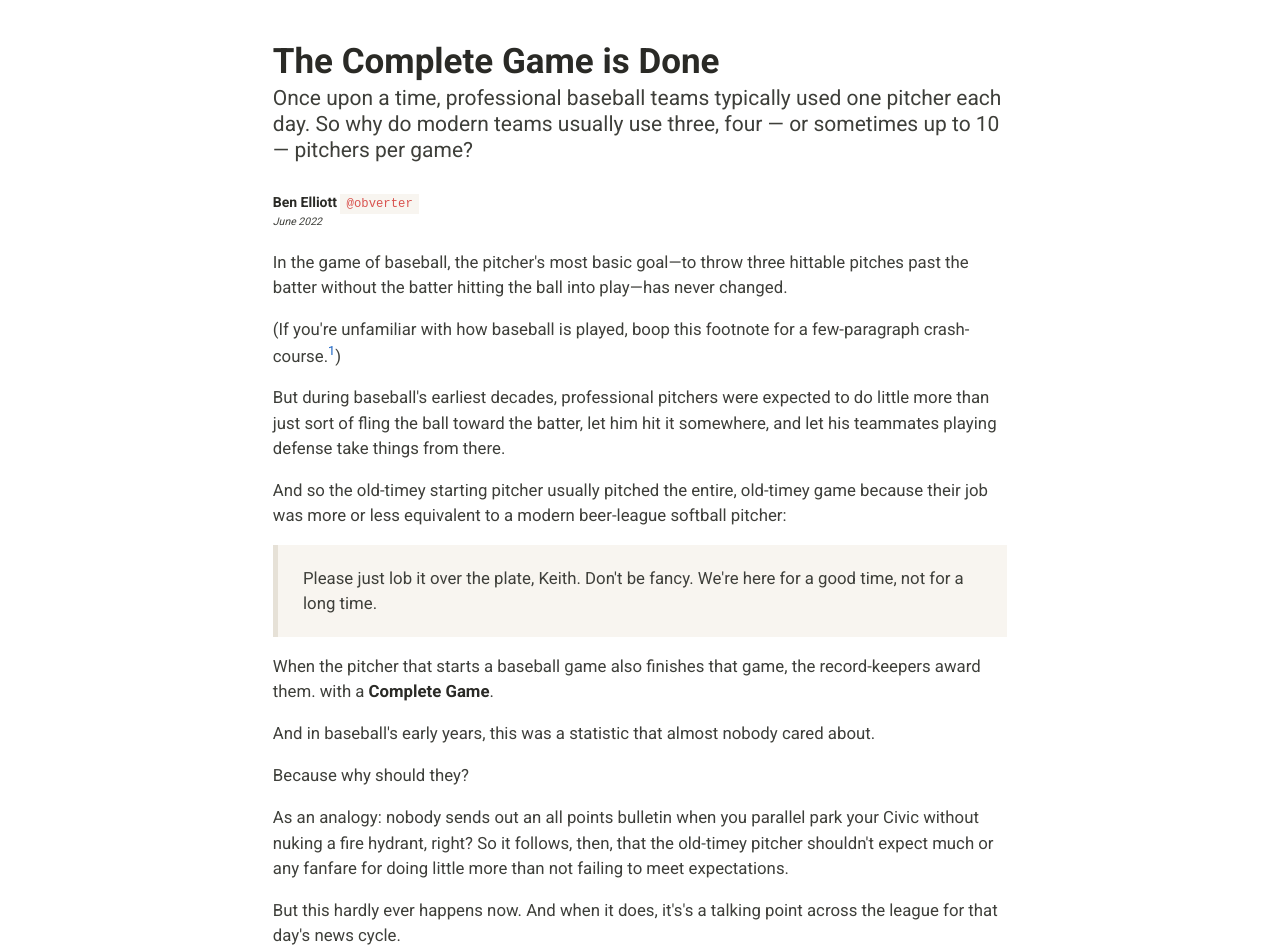
Repository: obverter/complete-games-are-done
Page: index.html
An editor plug-in stored every save of this project. The page is shown before and after the next save, followed by the edit.
The browser window is 1280 px wide. The pictures show the part of the page from y = 0 to 952 px (the page is 2006 px tall before and 1767 px after).
Pictures or frames that could not be fetched are drawn as grey boxes.

Above is the page before, as saved 2022-06-24 22:36:33.

### index.html
<!DOCTYPE html>
<html>
    <head>
        <meta charset="utf-8" />
        <meta name="viewport" content="width=device-width, initial-scale=1" />
        <title>Complete Games Are Done</title>
        <!-- todo: Title above is the text in the browser tab. -->
        <link rel="stylesheet" href="docs/bulmaswap.min.css" />
    </head>

    <body>
        <section class="section">
            <div class="content is-0">
                <div class="columns is-multiline">
                    <div class="column is-one-fifth"></div>
                    <div class="column is-three-fifths">
                        <h1 class="title is-2">The Complete Game is Done</h1>
                        <!-- todo: Title above is the Content title. -->
                        <p class="subtitle is-4">
                            Once upon a time, professional baseball teams
                            typically used one pitcher each day. So why do
                            modern teams usually use three, four — or sometimes
                            up to 10 — pitchers per game?
                            <!-- todo: Subtitle above is the Content subtitle. -->
                        </p>
                    </div>
                    <!-- <div class="column is-one-fifth"></div> -->
                </div>
            </div>
            <div class="columns">
                <div class="column is-one-fifth"></div>
                <div class="column is-three-fifths">
                    <h6 class="title is-6">
                        Ben Elliott <code>@obverter</code>
                    </h6>
                    <h6 class="subtitle is-7"><em>June 2022</em></h6>
                    <div class="content">
                        <p>
                            In the game of baseball, the pitcher's most basic
                            goal—to throw three hittable pitches past the batter
                            without the batter hitting the ball into play—has
                            never changed.
                        </p>
                        <p>
                            (If you're unfamiliar with how baseball is played,
                            boop this footnote for a few-paragraph
                            crash-course.<sup
                                ><a href="#fn1" id="ref1">1</a></sup
                            >)
                        </p>

                        <p>
                            But during baseball's earliest decades, professional
                            pitchers were expected to do little more than just
                            sort of fling the ball toward the batter, let him
                            hit it somewhere, and let his teammates playing
                            defense take things from there.
                        </p>
                        <p>
                            And so the old-timey starting pitcher usually
                            pitched the entire, old-timey game because their job
                            was more or less equivalent to a modern beer-league
                            softball pitcher:
                        </p>
                        <blockquote>
                            Please just lob it over the plate, Keith. Don't be
                            fancy. We're here for a good time, not for a long
                            time.
                        </blockquote>
                        <p>
                            When the pitcher that starts a baseball game also
                            finishes that game, the record-keepers award them.
                            with a <strong>Complete Game</strong>.
                        </p>
                        <p>
                            And in baseball's early years, this was a statistic
                            that almost nobody cared about.
                        </p>
                        <p>Because why should they?</p>
                        <p>
                            As an analogy: nobody sends out an all points
                            bulletin when you parallel park your Civic without
                            nuking a fire hydrant, right? So it follows, then,
                            that the old-timey pitcher shouldn't expect much or
                            any fanfare for doing little more than not failing
                            to meet expectations.
                        </p>
                        <p>
                            But this hardly ever happens now. And when it does,
                            it's's a talking point across the league for that
                            day's news cycle.
                        </p>
                        <p>So what changed?</p>
                        <iframe
                            title="Pitching a Complete Game: Once Normal, Now Novel"
                            aria-label="Scatter Plot"
                            id="datawrapper-chart-UmZWo"
                            src="https://datawrapper.dwcdn.net/UmZWo/4/"
                            scrolling="no"
                            frameborder="0"
                            style="
                                width: 0;
                                min-width: 100% !important;
                                border: none;
                            "
                            height="678"
                        ></iframe>
                        <script type="text/javascript">
                            !(function () {
                                "use strict";
                                window.addEventListener(
                                    "message",
                                    function (e) {
                                        if (
                                            void 0 !==
                                            e.data["datawrapper-height"]
                                        ) {
                                            var t =
                                                document.querySelectorAll(
                                                    "iframe"
                                                );
                                            for (var a in e.data[
                                                "datawrapper-height"
                                            ])
                                                for (
                                                    var r = 0;
                                                    r < t.length;
                                                    r++
                                                ) {
                                                    if (
                                                        t[r].contentWindow ===
                                                        e.source
                                                    )
                                                        t[r].style.height =
                                                            e.data[
                                                                "datawrapper-height"
                                                            ][a] + "px";
                                                }
                                        }
                                    }
                                );
                            })();
                        </script>

                            <sup id="fn1"
                            ><p>
                                1. If a pitcher can throw three of these hittable
                                pitches—called strikes—before they throw that same
                                batter four unhittable pitches, then the batter is
                                "out,"<sup><a href="#fn2" id="ref1">1</a></sup>
                                and one of the other team's twenty-seven "outs" is
                            exhausted.
                        </p>
                        <p>
                            If the batter hits the ball into play and reaches
                            base, or if the pitcher throws four bad pitches,
                            then that batter becomes a "runner," and the next
                            batter comes up, and the process repeats.
                        </p>
                        <p>
                            Every time a runner is able to safely touch all
                            three bases and then home plate, their team scores a
                            run.
                        </p>
                        <p>
                            Every three outs, the team playing offense switches
                            to defense, and the defense has three outs of their
                            own with which they'll try to score.
                        </p>
                        <p>
                            The team that has scored the most runs after both
                            teams have exhausted 27 outs is the winner, and
                            everyone claps, and the losing team orders pizza and
                            picks up the bar tab.
                            <a
                            href="#ref1"
                            title="Jump back to footnote 1 in the text."
                            >↩</a
                            >
                            <br>
                            <sup id="fn2"
                            ><p>
                                2. For my beloved baseball pedants: I know that the
                                rules around strikes
                                <a strong
                                href="https://www.baseball-almanac.com/articles/strike_zone_rules_history.shtml"
                                >haven't always been carved in stone</a
                                >. But let's cut me a little slack and agree that
                                the 1880s were a weird time for everyone.
                                <a
                                href="#ref2"
                                title="Jump back to footnote 2 in the text."
                                >↩</a
                                ></sup
                                >

                        </div>
                    </div>
                </div>
            </div>
        </section>
    </body>
</html>

Loaded but not shown: docs/bulmaswap.min.css (library)

After the next save:
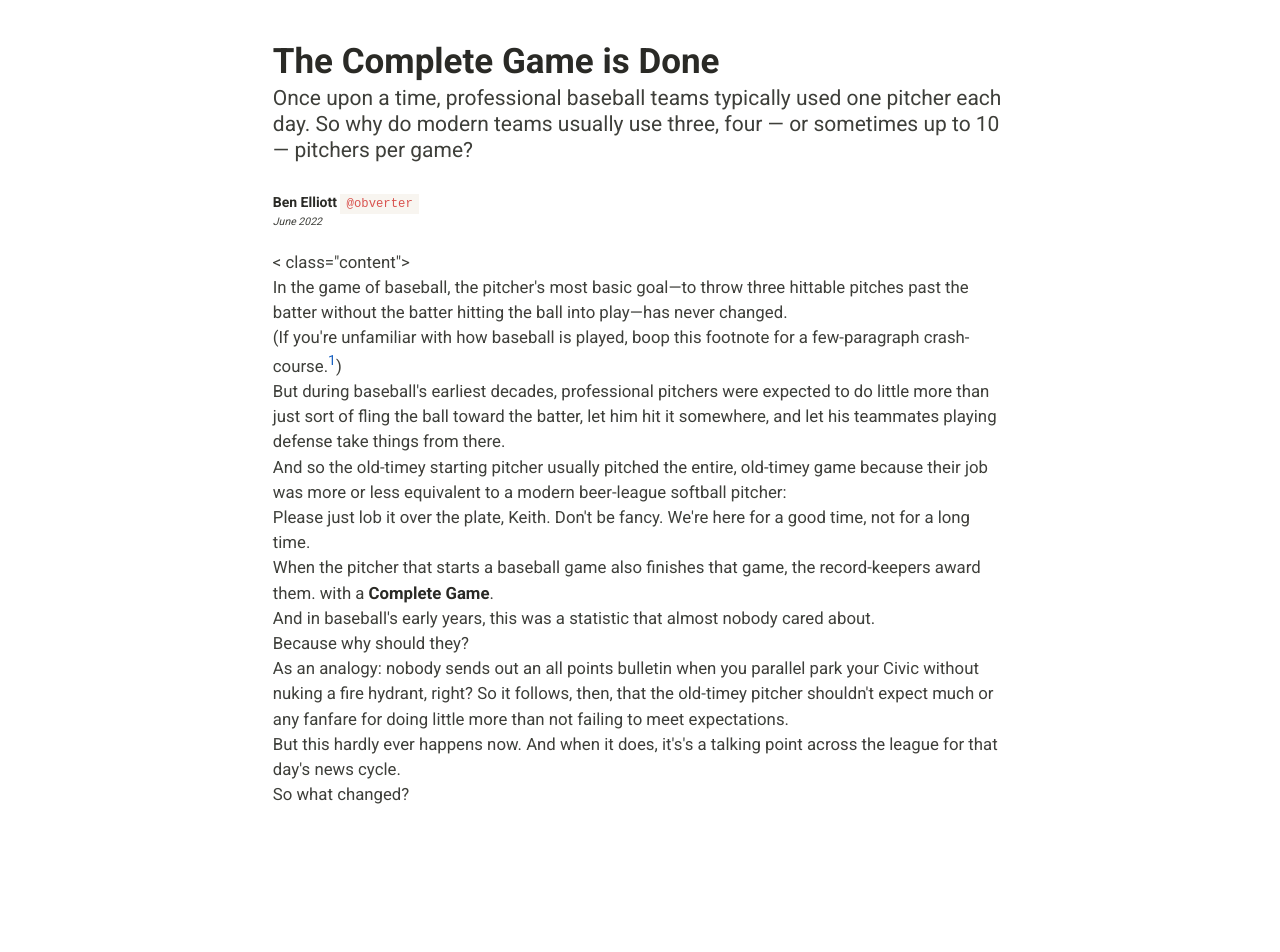
Saved 26 s later.
--- a/index.html
+++ b/index.html
@@ -34,7 +34,7 @@
                         Ben Elliott <code>@obverter</code>
                     </h6>
                     <h6 class="subtitle is-7"><em>June 2022</em></h6>
-                    <div class="content">
+                    < class="content">
                         <p>
                             In the game of baseball, the pitcher's most basic
                             goal—to throw three hittable pitches past the batter
@@ -194,7 +194,6 @@
                                 ></sup
                                 >
 
-                        </div>
                     </div>
                 </div>
             </div>
